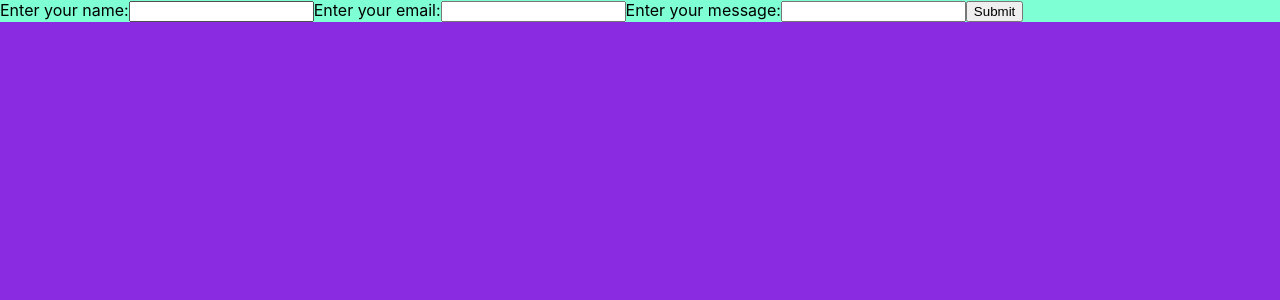
Repository: AddamVictorioDev/ProfileWebsite
Page: /form (app in con/)
An editor plug-in stored every save of this project. The page is shown before and after the next save, followed by the edit.
The browser window is 1280 px wide. The pictures show the whole page.
The project was rebuilt for these pictures with package versions that can differ from the ones it lists, and the page was loaded fresh each time. Also part of the build but not shown: con/src/App.css, con/src/home.css, con/src/home.js, con/src/addam.js, con/src/usescripts.js, con/src/projects.css, con/src/projects.js.

Above is the page before, as saved 2023-03-16 18:24:25.

### con/src/index.css
body {
  margin: 0;
  font-family: -apple-system, BlinkMacSystemFont, 'Segoe UI', 'Roboto', 'Oxygen',
    'Ubuntu', 'Cantarell', 'Fira Sans', 'Droid Sans', 'Helvetica Neue',
    sans-serif;
  -webkit-font-smoothing: antialiased;
  -moz-osx-font-smoothing: grayscale;
  /* background-image: url("/Users/addamvictorio/con/src/waterdropwallpp.jpg"); */
  /* background-color: #ffffff; */

}

code {
  font-family: source-code-pro, Menlo, Monaco, Consolas, 'Courier New',
    monospace;
}

### con/src/App.js
import logo from './logo.svg';
import './App.css';
import HomePage from './home';
import Addam from './addam';

import {
  BrowserRouter,
  Routes,
  Route
} from "react-router-dom";
import Projects from './projects';
import MyForm from './form';

function App() {

  return (

    <BrowserRouter>
      <Routes>


      <Route exact path="/" element={<Addam />}  />
      <Route path="projects" element={<Projects />} />
      <Route path="form" element={<MyForm />} />

      </Routes>


  </BrowserRouter>

  );
}

export default App;

### con/src/form.js
import { useState } from 'react';
import ReactDOM from 'react-dom/client';
import './form.css'

function MyForm() {
  const [inputs, setInputs] = useState({});

  const handleChange = (event) => {
    const name = event.target.name;
    const value = event.target.value;
    setInputs(values => ({...values, [name]: value}))
  }

  const handleSubmit = (event) => {
    event.preventDefault();
    alert(inputs);
  }

  return (
    <div className="container">
    <form onSubmit={handleSubmit}>
      <label>Enter your name:
      <input
        type="text"
        name="username"
        value={inputs.username || ""}
        onChange={handleChange}
      />
      </label>
      <label>Enter your email:
        <input
          type="text"
          name="age"
          value={inputs.age || ""}
          onChange={handleChange}
        />
        </label>
        <label>Enter your message:
      <input
        type="text"
        name="username"
        value={inputs.username || ""}
        onChange={handleChange}
      />
      </label>
        <input type="submit" />
    </form>
    </div>
  )
}

export default MyForm;

### con/src/addam.css
/* Grid Layout */
.home-page {
    display: flex;
    flex-direction: column;
    margin: 0;
    justify-content: center;

}

/* Typography */
.home-page h1 {

    flex: 1;

    text-align: center;
}

.cont {
   font-size: 40px;
  }


  .cont2 {
    font-size: 50px;

  }
.home-page p {
    font-size: 18px;
    line-height: 1.5;
    flex: 1;
    text-align: center;
    margin-bottom: 20px;
}

/* Color */
.home-page {
    background-color: #ffffff;
}

.home-page h1 {
    color: #333;
}
.container{
 flex: 1;
}

.home-page a {
    color: #ff5722;
    font-size:xx-large;

}
.home-page a:hover {
    background-color: #121212;
  }
button h2:hover{
    color: #ff5722;
}
/* Images and Videos */
.home-page .featured-image {
    flex: 1;
    max-width: 100%;
    height: auto;
}

/* Animation */
.home-page .featured-product {
    animation: fade-in 1s ease;
}
button{
    background-color: #ffffff;
    border: none;
}
hr {
    height:1px;
    border-width:0;
    background-color:#121212;
  }
@keyframes fade-in {
    from {
        opacity: 0;
    }
    to {
        opacity: 1;
    }
}
.desktop {
    flex: 1;

}
.mobile {
    flex: 1;
    justify-content: center;
    align-items:end;

}

.desktop h1{
    font-size: 50px;
    font-weight: 700;
}
.mobile h1{
    font-size: 40px;
    font-weight: 600;
    margin: 0;
}
.home-page h2{
    font-weight: 600;
    margin: 0;
}
footer {
    grid-area: footer;
    /* Add styles for the footer */
}
/* Whitespace */
.home-page {
    margin: 0 auto;
}

/* Navigation */
header {


}
nav {



    justify-content: space-evenly;
}
nav a {
    font-size: 18px;
    text-decoration: none;
    color: #333;



}

/* Hero section */
.hero {
    width: 100%;
    height: 300px;
    background-image: url(https://img.freepik.com/free-vector/flat-design-white-house-front-view-trademark_23-2148845491.jpg?w=2000);
    background-size: cover;
    background-position: center;
}

### con/src/form.css
body{
    background-color: blueviolet;
}
.container{
    justify-content: center;
    align-items:center;
    background-color: aquamarine;
}
form{
    justify-content: center;
    align-items:center;
}

Loaded but not shown: con/public/index.html (common file); con/src/index.js (common file); con/src/reportWebVitals.js (common file)

After the next save:
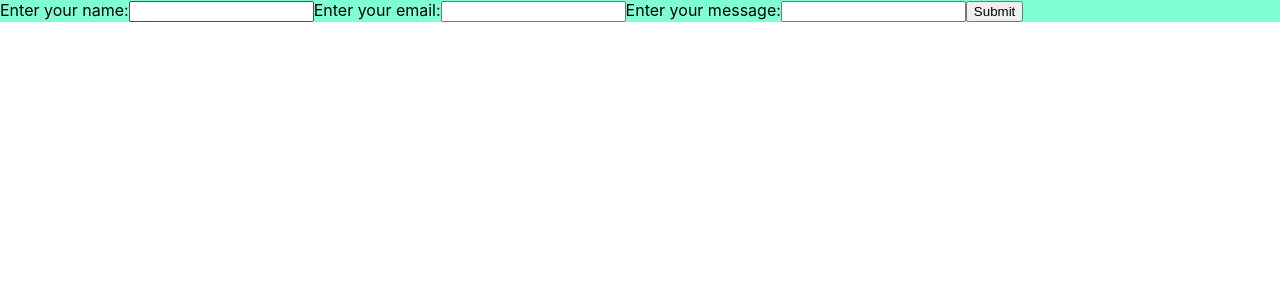
Saved 8 s later.
--- a/con/src/form.css
+++ b/con/src/form.css
@@ -1,6 +1,4 @@
-body{
-    background-color: blueviolet;
-}
+
 .container{
     justify-content: center;
     align-items:center;
